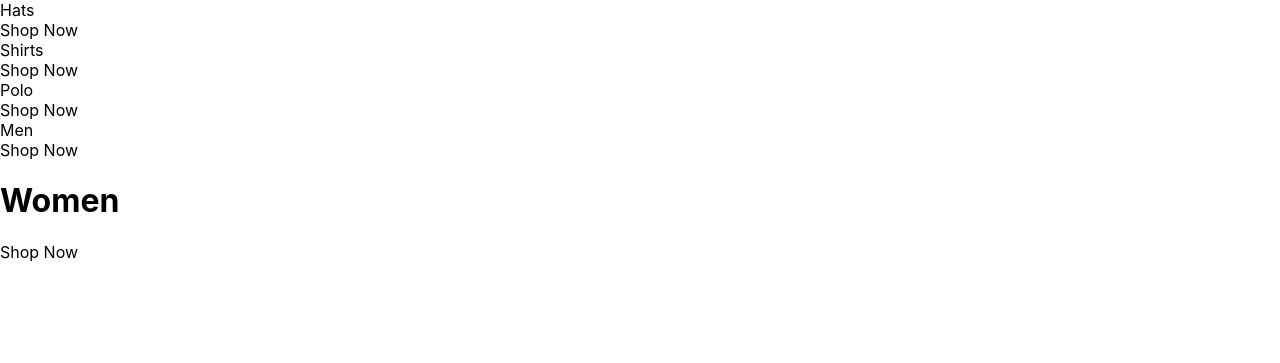
Repository: Syfon01/onestop
Page: /
An editor plug-in stored every save of this project. The page is shown before and after a run of saves, followed by the edit.
The browser window is 1280 px wide. The pictures show the whole page.
The project was rebuilt for these pictures with package versions that can differ from the ones it lists, and the page was loaded fresh each time. Also part of the build but not shown: src/App.css.

Above is the page before, as saved 2020-07-24 16:08:42.

After the next 2 saves:
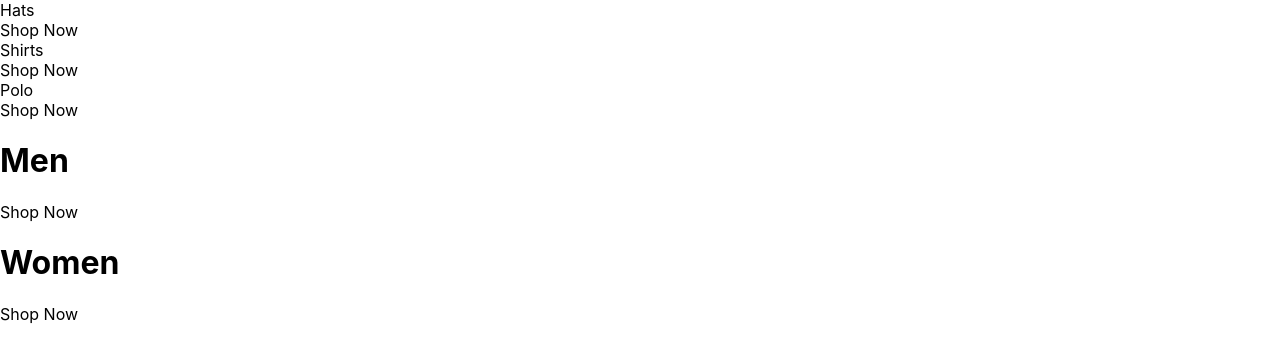
The 2 saves are shown as one change because 1 did not build or start.
The last was saved 12 s later.
--- a/src/Homepage.js
+++ b/src/Homepage.js
@@ -23,7 +23,7 @@ const HomePage = () => {
     </div>
     <div className="menu-item">
       <div className="content">
-        <div className="title">Men</div>
+        <h1 className="title">Men</h1>
         <div className="subtitle">Shop Now</div>
       </div>
     </div>
